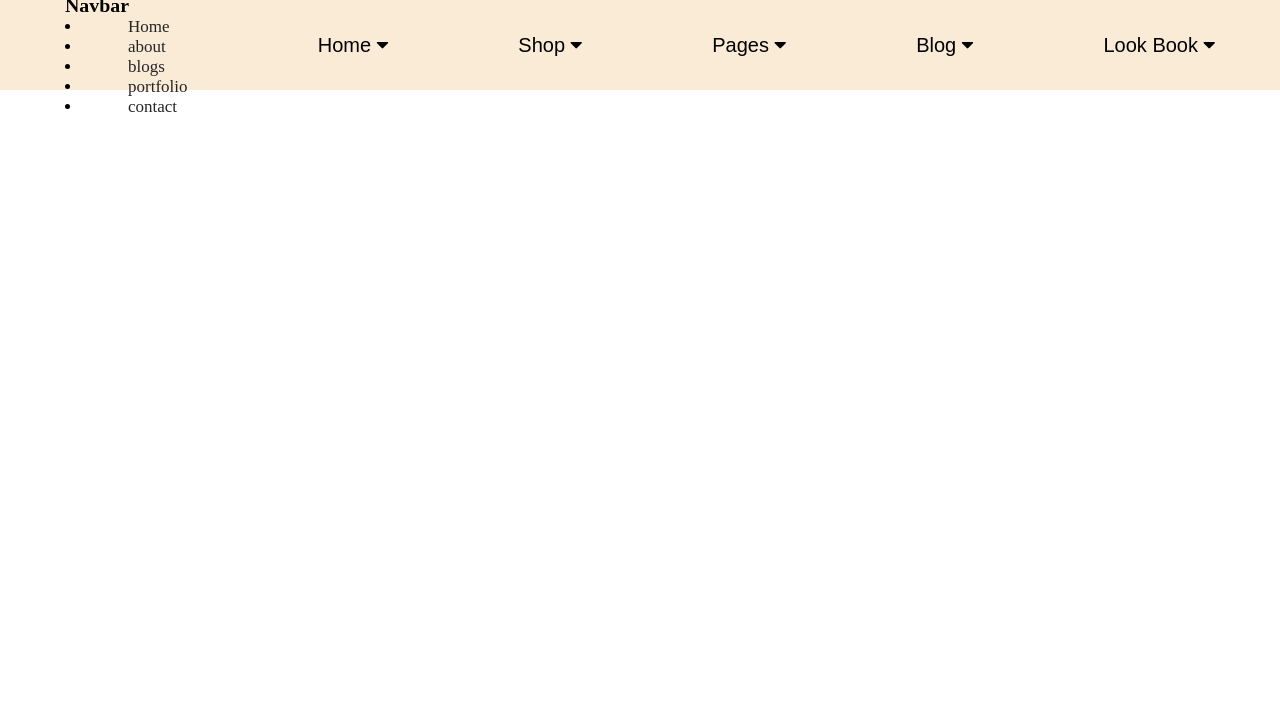
Repository: MorgunovaAlexandra/beauti
Page: index.html
These files come from the project's save history. The page is drawn as it stood at one moment and after the next save; the edit follows.
The browser window is 1280 px wide. The pictures show the whole page.

Above is the page before, as saved 2022-08-24 13:57:34.

### index.html
<!DOCTYPE html>
<html lang="en">
<head>
    <meta charset="UTF-8">
    <meta http-equiv="X-UA-Compatible" content="IE=edge">
    <meta name="viewport" content="width=device-width, initial-scale=1.0">
    <link rel="stylesheet" href="./style.css">
    <link rel="stylesheet" href="https://cdnjs.cloudflare.com/ajax/libs/font-awesome/4.7.0/css/font-awesome.min.css">
    <title>Document</title>
</head>
<body>
    <div class="wrapper">
        <header class="header">
            <div class="header-container _container">
            <nav class="header-nav">
                <nav>
                    <div class="navbar">
                      <div class="container nav-container">
                          <input class="checkbox" type="checkbox" name="" id="" />
                          <div class="hamburger-lines">
                            <span class="line line1"></span>
                            <span class="line line2"></span>
                            <span class="line line3"></span>
                          </div>
                        <div class="logo">
                          <h1>Navbar</h1>
                        </div>
                        <div class="menu-items">
                          <li><a href="#">Home</a></li>
                          <li><a href="#">about</a></li>
                          <li><a href="#">blogs</a></li>
                          <li><a href="#">portfolio</a></li>
                          <li><a href="#">contact</a></li>
                        </div>
                      </div>
                    </div>
                  </nav>
                <div class="dropdown">
                    <button class="dropbtn">Home
                      <i class="fa fa-caret-down faa"></i>
                    </button>
                    <div class="dropdown-content">
                      <a href="#">Link 1</a>
                      <a href="#">Link 2</a>
                      <a href="#">Link 3</a>
                    </div>
                  </div>
                  <div class="dropdown">
                    <button class="dropbtn">Shop
                      <i class="fa fa-caret-down faa"></i>
                    </button>
                    <div class="dropdown-content">
                      <a href="#">Link 1</a>
                      <a href="#">Link 2</a>
                      <a href="#">Link 3</a>
                      <a href="#">Link 1</a>
                      <a href="#">Link 2</a>
                      <a href="#">Link 3</a>
                    </div>
                  </div>
                  <div class="dropdown">
                    <button class="dropbtn">Pages
                      <i class="fa fa-caret-down faa"></i>
                    </button>
                    <div class="dropdown-content">
                      <a href="#">Link 1</a>
                      <a href="#">Link 2</a>
                      <a href="#">Link 3</a>
                    </div>
                  </div>
                  <div class="dropdown">
                    <button class="dropbtn">Blog
                      <i class="fa fa-caret-down faa"></i>
                    </button>
                    <div class="dropdown-content">
                      <a href="#">Link 1</a>
                      <a href="#">Link 2</a>
                      <a href="#">Link 3</a>
                    </div>
                  </div>
                  <div class="dropdown">
                    <button class="dropbtn">Look Book
                      <i class="fa fa-caret-down faa"></i>
                    </button>
                    <div class="dropdown-content">
                      <a href="#">Link 1</a>
                      <a href="#">Link 2</a>
                      <a href="#">Link 3</a>
                    </div>
                  </div>
            </nav>
            </div>
        </header>
    </div>
</body>
</html>

### style.css
* {
	margin: 0;
	padding: 0;
	border: 0;
	box-sizing: border-box;
}
:before,:after{
	padding: 0;
	margin: 0;
	border: 0;
	box-sizing: border-box;
}
html,body{
	height: 100%;
    font-family: 'SofiaProRegular';
	font-size: 18px;
	font-weight: 400;
}

.wrapper{
	width: 100%;
	overflow: hidden;

}
._container{
	max-width: 1170px;
	margin: 0px auto;
	padding: 0px 10px;
}
._container{
	max-width: 1170px;
	margin: 0px auto;
	padding: 0px 10px;
}
/*--------------------------*/
.header {
	font-family: 'TTCommons-Medium';
	position: absolute;/*---------изменено-----------------*/
	width: 100%;
	top: 0;
	left: 0;
	z-index: 50;
	font-size: 17px;
    height: 90px;
    background-color: antiquewhite;

}
.menu-list{
    display: flex;
    justify-content: center;
    align-items: center;
    height: 90px;

}

a{
   position: relative;
    text-decoration: none;
    color:rgb(37, 37, 37);
    margin-left: 40px;
}
.header-nav{
    display: flex;
    justify-content: space-between;
    align-items: center;
    height: 90px;
}
.faa:hover{
    animation: move .3s ease-in;
    transform: rotate(180deg) scaleX(-1);
}
@keyframes move {
    from {
        transform: rotate(0deg) scaleX(-1);

    }
    50% {transform: rotate(90deg) scaleX(-1);}
    to {
        transform: rotate(180deg) scaleX(-1);
    }
  }
.dropbtn{
    font-size: 20px;
    background-color: rgb(156, 153, 153,0) ;
}
.dropdown-content{
    display: none;
    position: absolute;
    background-color: #f9f9f9;
    min-width: 160px;
    z-index: 1;
}
.dropdown-content a {
    float: none;
    color: rgb(156, 153, 153);
    padding: 12px 16px;
    text-decoration: none;
    display: block;
    text-align: left;
}
.dropdown-content a:hover {
    color: rgb(67, 66, 66);
}

.dropdown:hover .dropdown-content {
    display: block;
}
/*=======humburger=======*/
.top-nav {
    display: flex;
    flex-direction: row;
    align-items: center;
    justify-content: space-between;
    background-color: #00BAF0;
    background: linear-gradient(to left, #f46b45, #eea849);
    /* W3C, IE 10+/ Edge, Firefox 16+, Chrome 26+, Opera 12+, Safari 7+ */
    color: #FFF;
    height: 50px;
    padding: 1em;
  }

  .menu {
    display: flex;
    flex-direction: row;
    list-style-type: none;
    margin: 0;
    padding: 0;
  }

  .menu > li {
    margin: 0 1rem;
    overflow: hidden;
  }

  .menu-button-container {
    display: none;
    height: 100%;
    width: 30px;
    cursor: pointer;
    flex-direction: column;
    justify-content: center;
    align-items: center;
  }

  #menu-toggle {
    display: none;
  }

  .menu-button,
  .menu-button::before,
  .menu-button::after {
    display: block;
    background-color: #fff;
    position: absolute;
    height: 4px;
    width: 30px;
    transition: transform 400ms cubic-bezier(0.23, 1, 0.32, 1);
    border-radius: 2px;
  }

  .menu-button::before {
    content: '';
    margin-top: -8px;
  }

  .menu-button::after {
    content: '';
    margin-top: 8px;
  }

  #menu-toggle:checked + .menu-button-container .menu-button::before {
    margin-top: 0px;
    transform: rotate(405deg);
  }

  #menu-toggle:checked + .menu-button-container .menu-button {
    background: rgba(255, 255, 255, 0);
  }

  #menu-toggle:checked + .menu-button-container .menu-button::after {
    margin-top: 0px;
    transform: rotate(-405deg);
  }

  @media (max-width: 700px) {
    .menu-button-container {
      display: flex;
    }
    .menu {
      position: absolute;
      top: 0;
      margin-top: 50px;
      left: 0;
      flex-direction: column;
      width: 100%;
      justify-content: center;
      align-items: center;
    }
    #menu-toggle ~ .menu li {
      height: 0;
      margin: 0;
      padding: 0;
      border: 0;
      transition: height 400ms cubic-bezier(0.23, 1, 0.32, 1);
    }
    #menu-toggle:checked ~ .menu li {
      border: 1px solid #333;
      height: 2.5em;
      padding: 0.5em;
      transition: height 400ms cubic-bezier(0.23, 1, 0.32, 1);
    }
    .menu > li {
      display: flex;
      justify-content: center;
      margin: 0;
      padding: 0.5em 0;
      width: 100%;
      color: white;
      background-color: #222;
    }
    .menu > li:not(:last-child) {
      border-bottom: 1px solid #444;
    }
  }

After the next save:
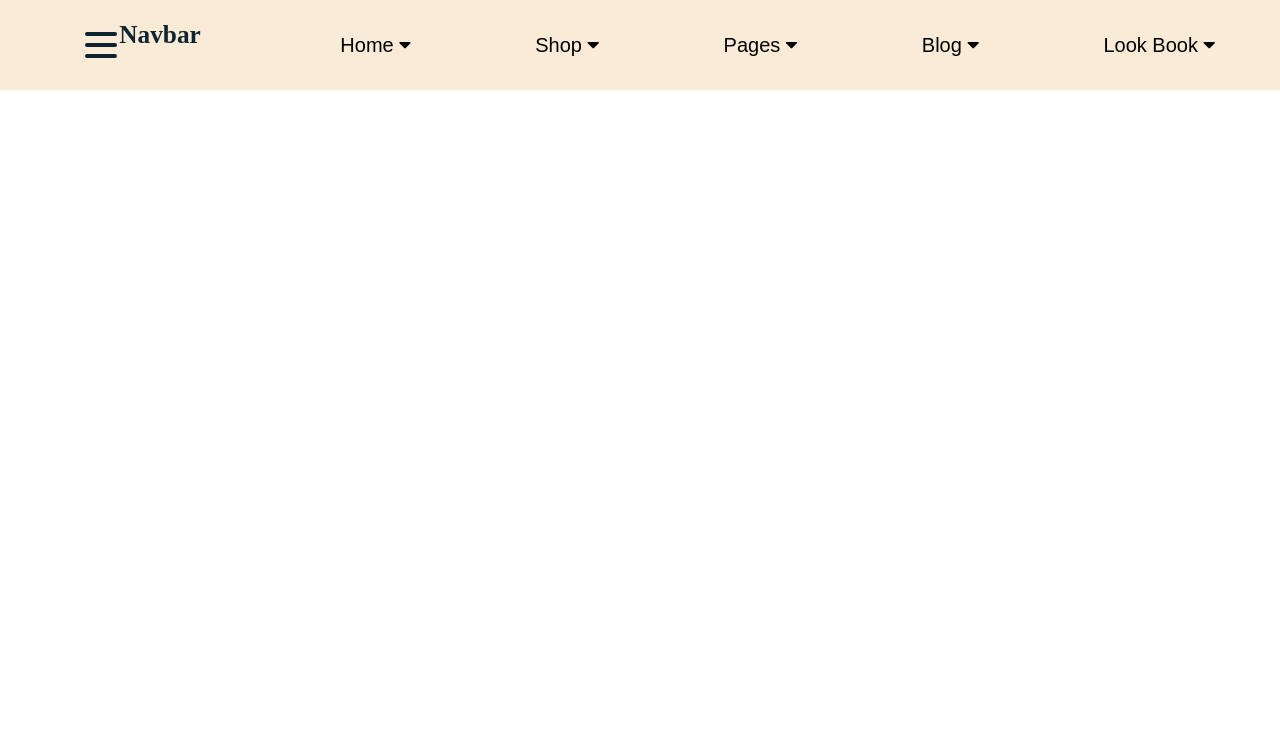
Saved 38 s later.
--- a/style.css
+++ b/style.css
@@ -222,3 +222,131 @@ a{
       border-bottom: 1px solid #444;
     }
   }
+
+  .nav-container {
+    display: flex;
+    justify-content: space-between;
+    align-items: center;
+    height: 62px;
+  }
+
+  .navbar .menu-items {
+    display: flex;
+  }
+
+  .navbar .nav-container li {
+    list-style: none;
+  }
+
+  .navbar .nav-container a {
+    text-decoration: none;
+    color: #0e2431;
+    font-weight: 500;
+    font-size: 1.2rem;
+    padding: 0.7rem;
+  }
+
+  .navbar .nav-container a:hover{
+      font-weight: bolder;
+  }
+
+  .nav-container {
+    display: block;
+    position: relative;
+    height: 60px;
+  }
+
+  .nav-container .checkbox {
+    position: absolute;
+    display: block;
+    height: 32px;
+    width: 32px;
+    top: 20px;
+    left: 20px;
+    z-index: 5;
+    opacity: 0;
+    cursor: pointer;
+  }
+
+  .nav-container .hamburger-lines {
+    display: block;
+    height: 26px;
+    width: 32px;
+    position: absolute;
+    top: 17px;
+    left: 20px;
+    z-index: 2;
+    display: flex;
+    flex-direction: column;
+    justify-content: space-between;
+  }
+
+  .nav-container .hamburger-lines .line {
+    display: block;
+    height: 4px;
+    width: 100%;
+    border-radius: 10px;
+    background: #0e2431;
+  }
+
+  .nav-container .hamburger-lines .line1 {
+    transform-origin: 0% 0%;
+    transition: transform 0.4s ease-in-out;
+  }
+
+  .nav-container .hamburger-lines .line2 {
+    transition: transform 0.2s ease-in-out;
+  }
+
+  .nav-container .hamburger-lines .line3 {
+    transform-origin: 0% 100%;
+    transition: transform 0.4s ease-in-out;
+  }
+
+  .navbar .menu-items {
+    padding-top: 120px;
+    box-shadow: inset 0 0 2000px rgba(255, 255, 255, .5);
+    height: 100vh;
+    width: 100%;
+    transform: translate(-150%);
+    display: flex;
+    flex-direction: column;
+    margin-left: -40px;
+    padding-left: 50px;
+    transition: transform 0.5s ease-in-out;
+    text-align: center;
+  }
+
+  .navbar .menu-items li {
+    margin-bottom: 1.2rem;
+    font-size: 1.5rem;
+    font-weight: 500;
+  }
+
+  .logo {
+    position: absolute;
+    top: 5px;
+    right: 15px;
+    font-size: 1.2rem;
+    color: #0e2431;
+  }
+
+  .nav-container input[type="checkbox"]:checked ~ .menu-items {
+    transform: translateX(0);
+  }
+
+  .nav-container input[type="checkbox"]:checked ~ .hamburger-lines .line1 {
+    transform: rotate(45deg);
+  }
+
+  .nav-container input[type="checkbox"]:checked ~ .hamburger-lines .line2 {
+    transform: scaleY(0);
+  }
+
+  .nav-container input[type="checkbox"]:checked ~ .hamburger-lines .line3 {
+    transform: rotate(-45deg);
+  }
+
+  .nav-container input[type="checkbox"]:checked ~ .logo{
+    display: none;
+  }
